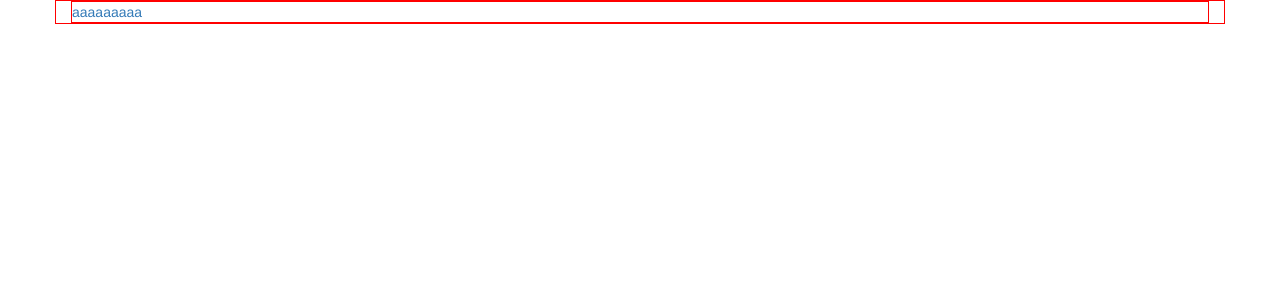
Repository: dushengwei/Bootstrap
Page: code/code/WebContent/one.html
The author's editor kept a copy of each file at every save. The page is drawn from the files as they stood at one save, then again after the next save.
The browser window is 1280 px wide. The pictures show the whole page.

Above is the page before, as saved 2017-02-15 09:14:22.

### code/code/WebContent/one.html
<!DOCTYPE html PUBLIC "-//W3C//DTD HTML 4.01 Transitional//EN" "http://www.w3.org/TR/html4/loose.dtd">
<html>
<head>
<meta http-equiv="Content-Type" content="text/html; charset=UTF-8">
<title>Insert title here</title>
<meta name="viewport" content="width=device-width,initial-scale=1.0">
<!--引入BootStrap  -->
<link rel="stylesheet" type="text/css" href="lib/css/bootstrap.min.css" />

<!-- HTML5 Shim 和 Respond.js 用于让 IE8 支持 HTML5元素和媒体查询 -->
<!-- 注意： 如果通过 file://  引入 Respond.js 文件，则该文件无法起效果 -->
<!-- html5 简单标签兼容ie9一下 -->
<!--[if lt IE 9]>
  <script type="text/javascript" src="lib/js/html5shiv.js"></script>
  <script src="https://oss.maxcdn.com/libs/respond.js/1.3.0/respond.min.js"></script>
<![endif] -->

<script type="text/javascript" src="lib/js/jquery.js"></script>
<script type="text/javascript" src="lib/js/bootstrap.min.js"></script>
<style type="text/css">
div {
	border: solid 1px red;
}
</style>
</head>
<body>
	<div class="container">
		<div>
			<a href="#">aaaaaaaaa</a>
		</div>
	</div>
</body>
</html>

Loaded but not shown: code/code/WebContent/lib/css/bootstrap.min.css (library); code/code/WebContent/lib/js/jquery.js (library); code/code/WebContent/lib/js/bootstrap.min.js (library)

After the next save:
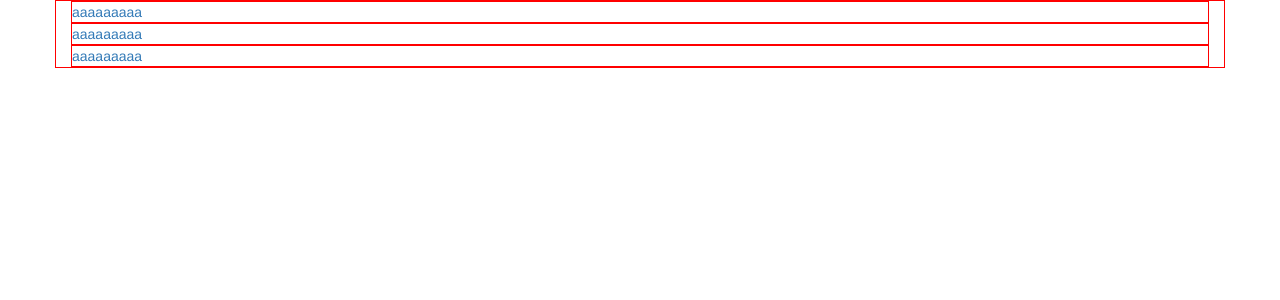
Saved 9 s later.
--- a/code/code/WebContent/one.html
+++ b/code/code/WebContent/one.html
@@ -28,6 +28,12 @@
 		<div>
 			<a href="#">aaaaaaaaa</a>
 		</div>
+		<div>
+			<a href="#">aaaaaaaaa</a>
+		</div>
+		<div>
+			<a href="#">aaaaaaaaa</a>
+		</div>
 	</div>
 </body>
 </html>
